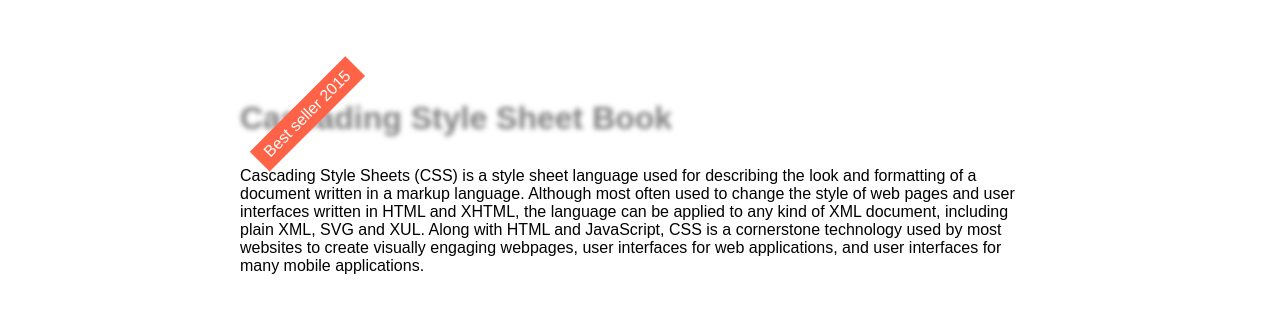
Repository: G1tHub-zer0/BTTH
Page: BTCSS/bai12.html
An editor plug-in stored every save of this project. The page is shown before and after the next save, followed by the edit.
The browser window is 1280 px wide. The pictures show the whole page.

Above is the page before, as saved 2024-03-22 19:19:48.

After the next save:
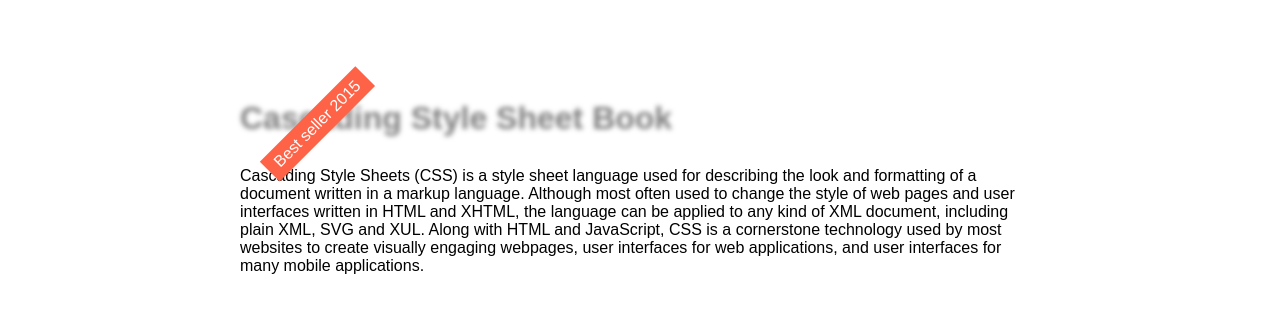
Saved 13 s later.
--- a/BTCSS/bai12.css
+++ b/BTCSS/bai12.css
@@ -18,8 +18,8 @@ p {
 }
 .ribbon {
   position: absolute;
-  top: 10;
-  left: 10;
+  top: 10px;
+  left: 10px;
   background-color: #ff6347;
   color: #fff;
   padding: 5px 10px;
